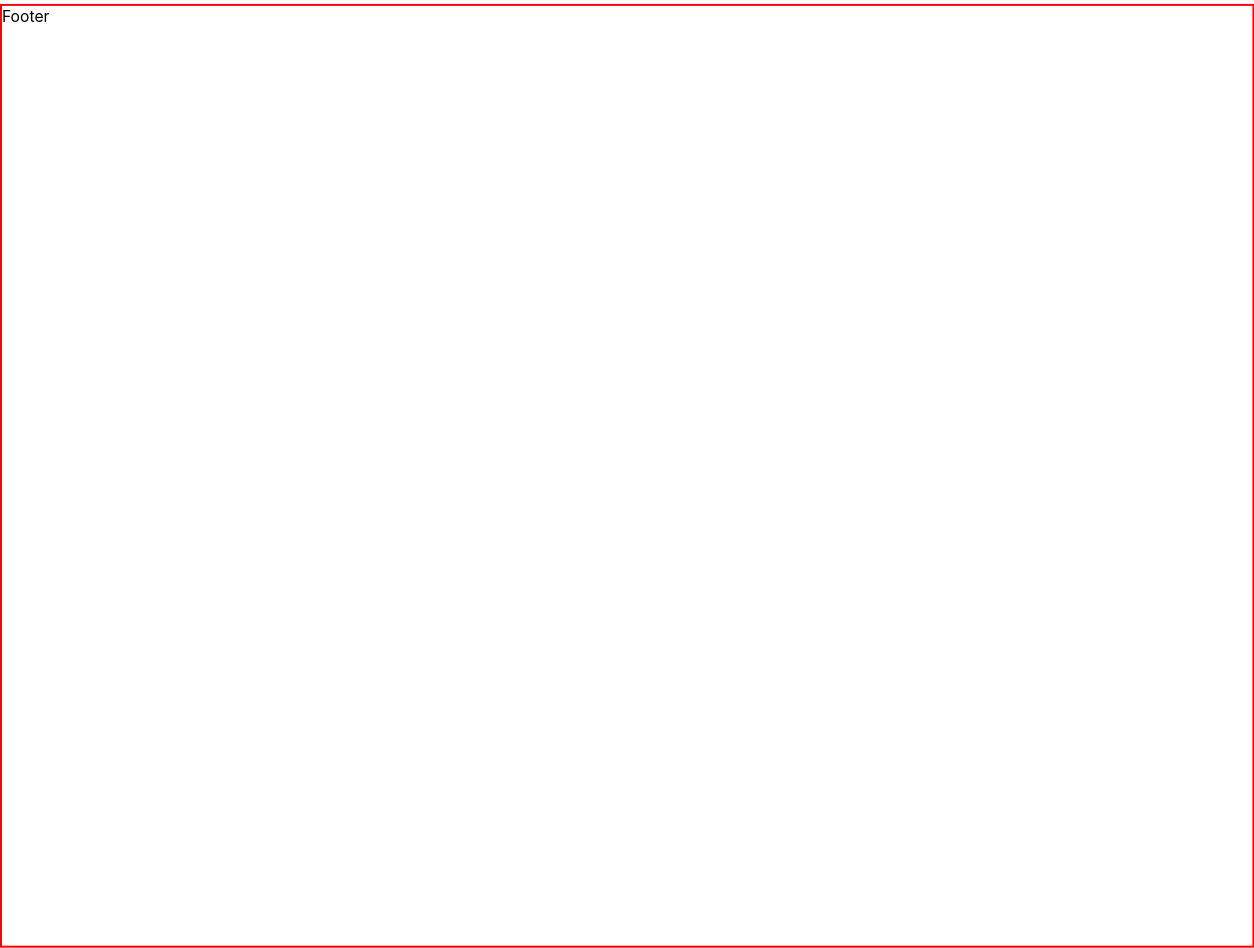
Repository: EdgarSargsyan2001/NWSlab21062022
Page: /
An editor plug-in stored every save of this project. The page is shown before and after the next save, followed by the edit.
The browser window is 1280 px wide. The pictures show the part of the page from y = 800 to 1767 px (the page is 1767 px tall), at 98% of full size.
The project was rebuilt for these pictures with package versions that can differ from the ones it lists, and the page was loaded fresh each time. Also part of the build but not shown: src/App.css.

Above is the page before, as saved 2022-06-22 13:50:09.

After the next save:
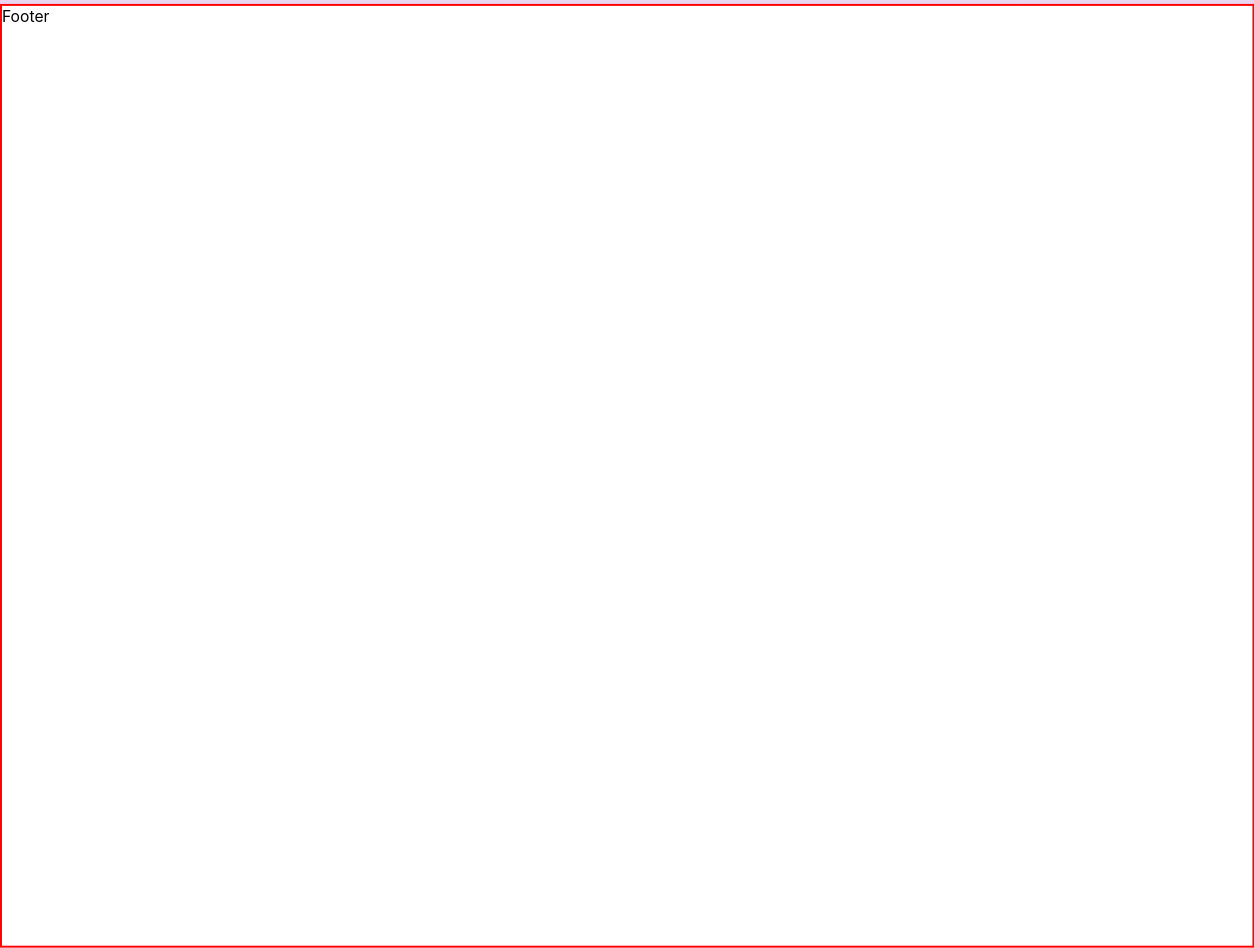
Saved 8 s later.
--- a/src/Components/VideoMain/VideoMain.css
+++ b/src/Components/VideoMain/VideoMain.css
@@ -10,7 +10,7 @@
     width: 100vw;
 
     /* opacity: 0.25; */
-    /* background: linear-gradient(0deg, rgba(136, 47, 190, 0.2), rgba(136, 47, 190, 0.2)) ; */
+    background: linear-gradient(0deg, rgba(136, 47, 190, 0.2), rgba(136, 47, 190, 0.2)) ;
 }
 .imgDiv img{
     width: inherit;
